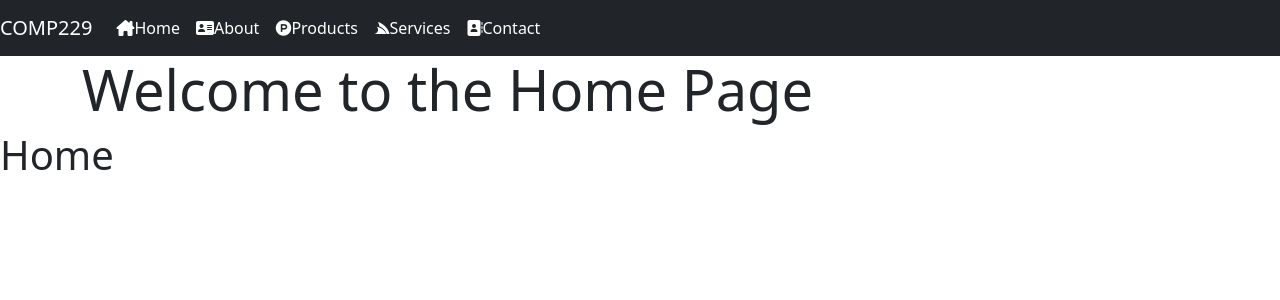
Repository: BlessingAjiboye/WEEK52023W
Page: http://localhost/
These files come from the project's save history. The page is drawn as it stood at one moment and after a run of saves; the edit follows.
The browser window is 1280 px wide. The pictures show the whole page.
The page is served by the project's Node server (server.js). Other server files are loaded and not shown.

Above is the page before, as saved 2023-01-26 11:34:02.

### views/index.ejs
<!DOCTYPE html>
<html lang="en">
<head>
  <meta charset="UTF-8">
  <meta http-equiv="X-UA-Compatible" content="IE=edge">
  <meta name="viewport" content="width=device-width, initial-scale=1.0">
  <title><%= title %></title>
  <!--css section-->
  <link rel="stylesheet" href="/bootstrap/dist/css/bootstrap.min.css"/>
  <link rel="stylesheet" href="/@fortawesome/fontawesome-free/css/all.min.css"/>

  <link rel='stylesheet' href='/Content/app.css' />
</head>
<body>
  <!--Main Nav Navigation-->
  <nav class="navbar navbar-expand-lg navbar-dark bg-dark">
  <!--<div class="container-fluid">-->
    <a class="navbar-brand" href="#">COMP229</a>
    <button class="navbar-toggler" type="button" data-toggle="collapse" data-target="#navbarSupportedContent" aria-controls="navbarSupportedContent" aria-expanded="false" aria-label="Toggle navigation">
      <span class="navbar-toggler-icon"></span>
    </button>
    <div class="collapse navbar-collapse" id="navbarSupportedContent">
      <ul class="navbar-nav ml-auto">
        <% if(title=="Home"){%>
        <li class="nav-item active">
          <%}else{%>
            <li class="nav-item">
              <%}%>
          <a class="nav-link active" aria-current="page" href="/home"><i class="fa-solid fa-house-chimney"></i>Home</a>
        </li>
        <% if(title=="Home"){%>
        <li class="nav-item active">
          <%}else{%>
            <li class="nav-item">
              <%}%>
          <a class="nav-link active" aria-current="page" href="/about"><i class="fa-solid fa-address-card"></i>About</a>
        </li>
        <% if(title=="Home"){%>
        <li class="nav-item active">
           <%}else{%>
            <li class="nav-item">
              <%}%>
          <a class="nav-link active" aria-current="page" href="/products"><i class="fa-brands fa-product-hunt"></i>Products</a>
        </li>
        <% if(title=="Home"){%>
        <li class="nav-item active">
          <%}else{%>
            <li class="nav-item">
              <%}%>
          <a class="nav-link active" aria-current="page" href="/services"><i class="fa-brands fa-servicestack"></i>Services</a>
        </li>
        <% if(title=="Home"){%>
        <li class="nav-item active">
           <%}else{%>
            <li class="nav-item">
              <%}%>
          <a class="nav-link active" aria-current="page" href="/contact"><i class="fa-solid fa-address-book"></i>Contact</a>
        </li>


    <!--</div>-->
  </div>
</nav>
<main class="container">
  <div class="jumbotron">
    <h1 class="display-4">Welcome to the <%= title %> Page</h1>
    </div>
  </main>

   <h1><%= title %></h1>
   <!--<p>Welcome to <%= title %></p>-->
   <!--Script section-->
   <script src="/jquery/dist/jquery.min.js"></script>
   <script src="/bootstrap/dist/js/bootstrap.min.js"></script>
    <script src="/Scripts/app.js"></script>

</body>
</html>

### server.js
#!/usr/bin/env node

/**
 * Module dependencies.
 */

var app = require('./app');
var debug = require('debug')('week3:server');
var http = require('http');

/**
 * Get port from environment and store in Express.
 */

var port = normalizePort(process.env.PORT || '3000');
app.set('port', port);

/**
 * Create HTTP server.
 */

var server = http.createServer(app);

/**
 * Listen on provided port, on all network interfaces.
 */

server.listen(port);
server.on('error', onError);
server.on('listening', onListening);

/**
 * Normalize a port into a number, string, or false.
 */

function normalizePort(val) {
  var port = parseInt(val, 10);

  if (isNaN(port)) {
    // named pipe
    return val;
  }

  if (port >= 0) {
    // port number
    return port;
  }

  return false;
}

/**
 * Event listener for HTTP server "error" event.
 */

function onError(error) {
  if (error.syscall !== 'listen') {
    throw error;
  }

  var bind = typeof port === 'string'
    ? 'Pipe ' + port
    : 'Port ' + port;

  // handle specific listen errors with friendly messages
  switch (error.code) {
    case 'EACCES':
      console.error(bind + ' requires elevated privileges');
      process.exit(1);
      break;
    case 'EADDRINUSE':
      console.error(bind + ' is already in use');
      process.exit(1);
      break;
    default:
      throw error;
  }
}

/**
 * Event listener for HTTP server "listening" event.
 */

function onListening() {
  var addr = server.address();
  var bind = typeof addr === 'string'
    ? 'pipe ' + addr
    : 'port ' + addr.port;
  debug('Listening on ' + bind);
}

### routes/index.js
var express = require('express');
var router = express.Router();

/* GET home page. */
router.get('/', function(req, res, next) {
  res.render('index', { title: 'Home' });
});

router.get('/about', function(req, res, next) {
  res.render('index', { title: 'About' });
});
router.get('/products', function(req, res, next) {
  res.render('index', { title: 'Products' });
});
router.get('/contact', function(req, res, next) {
  res.render('index', { title: 'Contact' });
});
router.get('/services', function(req, res, next) {
  res.render('index', { title: 'Services' });
});

module.exports = router;

### app.js
let createError = require('http-errors');
let express = require('express');
let path = require('path');
let cookieParser = require('cookie-parser');
let logger = require('morgan');

let indexRouter = require('./routes/index');
let usersRouter = require('./routes/users');

let app = express();

// view engine setup
app.set('views', path.join(__dirname, 'views'));
app.set('view engine', 'ejs');

app.use(logger('dev'));
app.use(express.json());
app.use(express.urlencoded({ extended: false }));
app.use(cookieParser());
app.use(express.static(path.join(__dirname, 'public')));
app.use(express.static(path.join(__dirname, 'node_modules')));

app.use('/', indexRouter);
app.use('/users', usersRouter);

// catch 404 and forward to error handler
app.use(function(req, res, next) {
  next(createError(404));
});

// error handler
app.use(function(err, req, res, next) {
  // set locals, only providing error in development
  res.locals.message = err.message;
  res.locals.error = req.app.get('env') === 'development' ? err : {};

  // render the error page
  res.status(err.status || 500);
  res.render('error');
});

module.exports = app;

### public/Content/app.css

/*Custom css goes here*/

### public/Scripts/app.js
(function () {
    function start() {
        console.log("App Started...");
    }
    window.addEventListener("load", start);
})();

After the next 4 saves:
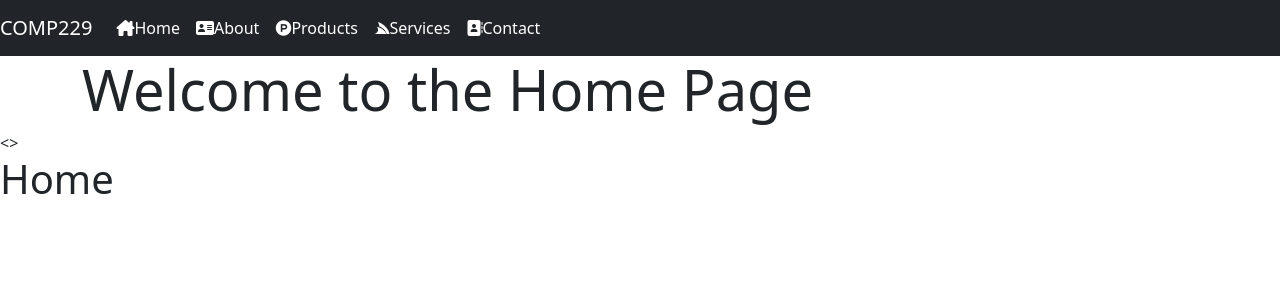
The 4 saves are shown as one change because they came seconds apart.
The last was saved 11 s later.
--- a/views/index.ejs
+++ b/views/index.ejs
@@ -66,7 +66,8 @@
     <h1 class="display-4">Welcome to the <%= title %> Page</h1>
     </div>
   </main>
-
+  <footer>
+    <>
    <h1><%= title %></h1>
    <!--<p>Welcome to <%= title %></p>-->
    <!--Script section-->

After the 2 saves that followed:
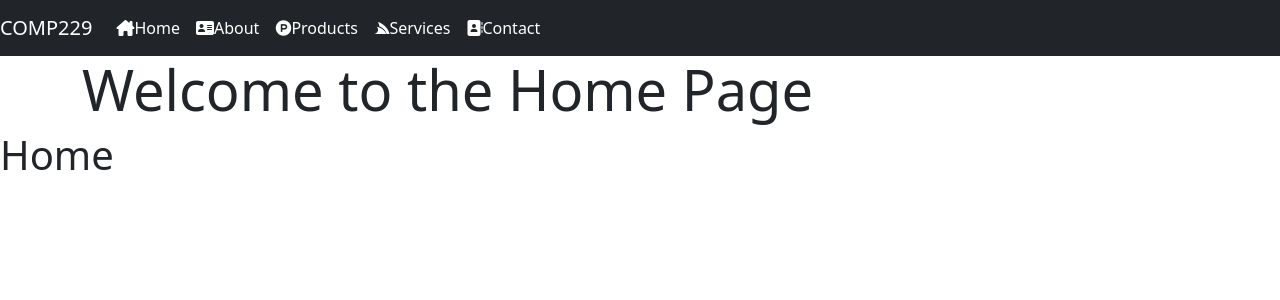
The 2 saves are shown as one change because they came seconds apart.
The last was saved 9 s later.
--- a/views/index.ejs
+++ b/views/index.ejs
@@ -67,7 +67,8 @@
     </div>
   </main>
   <footer>
-    <>
+
+    </footer>
    <h1><%= title %></h1>
    <!--<p>Welcome to <%= title %></p>-->
    <!--Script section-->
